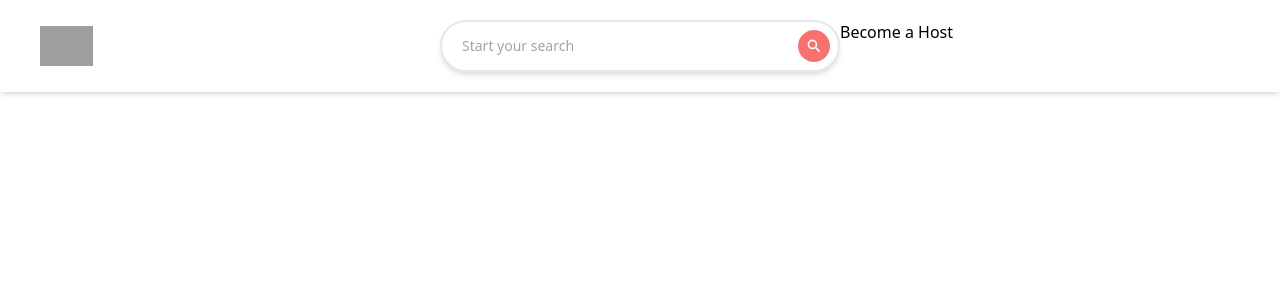
Repository: lakshithapramodya/airbnb
Page: /
These files come from the project's save history. The page is drawn as it stood at one moment and after the next save; the edit follows.
The browser window is 1280 px wide. The pictures show the whole page.
Pictures or frames that could not be fetched are drawn as grey boxes. The project was rebuilt for these pictures with package versions that can differ from the ones it lists, and the page was loaded fresh each time. The framework's server and built-in components were replaced by stand-ins that run in the browser. Also part of the build but not shown: next.config.js.

Above is the page before, as saved 2022-10-14 15:31:07.

After the next save:
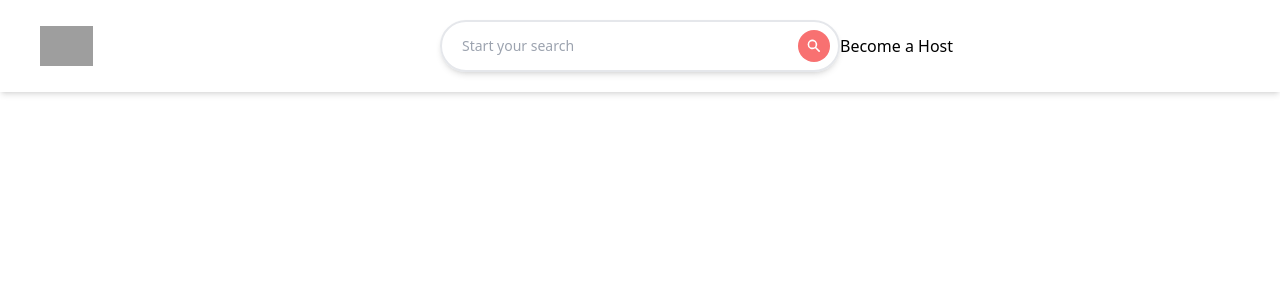
Saved 11 s later.
--- a/components/Header.js
+++ b/components/Header.js
@@ -33,7 +33,7 @@ function Header() {
       </div>
 
       {/* Right */}
-      <div className="relative">
+      <div className="relative my-auto">
         <p>Become a Host</p>
       </div>
     </div>
